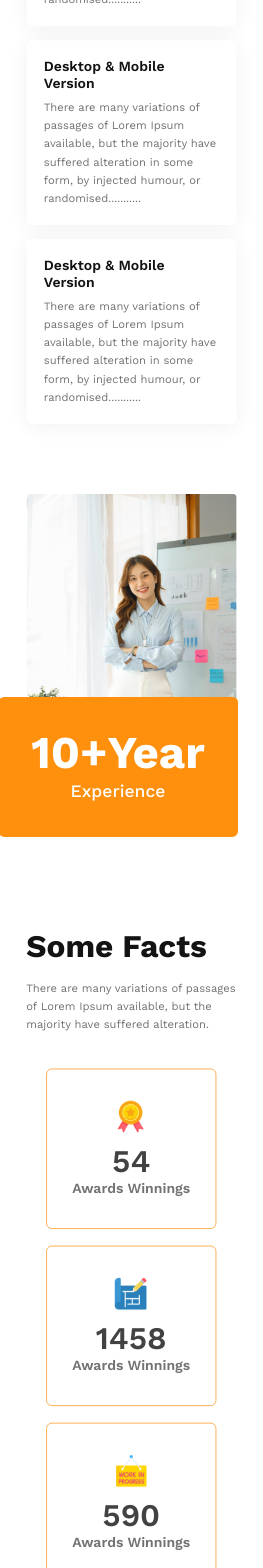
Repository: ShouravAhammed/G3-architects-webpage
Page: index.html
The author's editor kept a copy of each file at every save. The page is drawn from the files as they stood at one save, then again after the next save.
The browser window is 375 px wide. The pictures show the part of the page from y = 2781 to 5021 px (the page is 6170 px tall), at 70% of full size.

Above is the page before, as saved 2024-01-13 18:32:09.

After the next save:
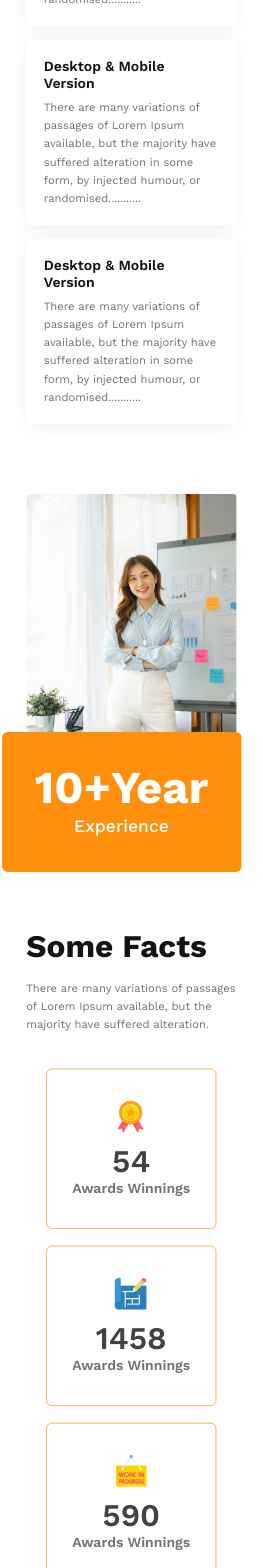
Saved 28 min 54 s later.
--- a/styles/style.css
+++ b/styles/style.css
@@ -309,6 +309,11 @@
         width: 100%;
         height: 100%;
     }
+    .ten-years-badge {
+        width: 342px;
+        left: -35px;
+        bottom: 80px;
+    }
 
 
     .some-facts-text-content {
